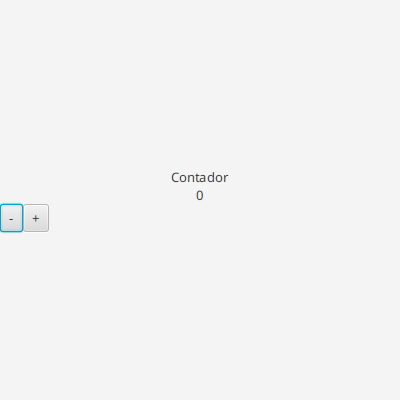
Repository: AlanVidalll/Curso-Java-Completo
Program's window: java exercicios-javafx/src/basico/Contador.java
The author's editor kept a copy of each file at every save. The program's window is drawn from the files as they stood at one save, then again after the next save.
It runs on Java 21 on a 1366 x 768 screen with JavaFX 11; the title bar is not drawn.

Above is the program's window before, as saved 2020-04-09 14:28:37.

### exercicios-javafx/src/basico/Contador.java
package basico;

import javafx.application.Application;
import javafx.geometry.Pos;
import javafx.scene.Scene;
import javafx.scene.control.Button;
import javafx.scene.control.Label;
import javafx.scene.layout.HBox;
import javafx.scene.layout.VBox;
import javafx.stage.Stage;

public class Contador extends Application {

	@Override
	public void start(Stage primaryStage) throws Exception {

		Label labelTitulo = new Label("Contador");
		Label labelNumero = new Label("0");

		Button botaoDescremento = new Button("-");
		Button botaoIncremento = new Button("+");

		HBox boxBotoes = new HBox();
		boxBotoes.getChildren().add(botaoDescremento);
		boxBotoes.getChildren().add(botaoIncremento);



		VBox boxPrincipal = new VBox();
		boxPrincipal.setAlignment(Pos.CENTER);
		boxPrincipal.getChildren().add(labelTitulo);
		boxPrincipal.getChildren().add(labelNumero);
		boxPrincipal.getChildren().add(boxBotoes);


		Scene cenaPrincipal = new Scene(boxPrincipal,400,400);

		primaryStage.setScene(cenaPrincipal);
		primaryStage.show();
	}

	public static void main(String[] args) {

		launch(args);

	}

}

After the next save:
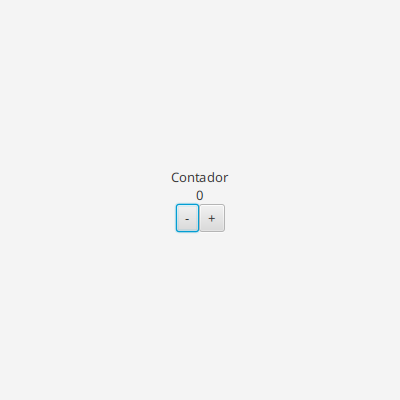
Saved 99 s later.
--- a/exercicios-javafx/src/basico/Contador.java
+++ b/exercicios-javafx/src/basico/Contador.java
@@ -21,6 +21,7 @@
 		Button botaoIncremento = new Button("+");
 
 		HBox boxBotoes = new HBox();
+		boxBotoes.setAlignment(Pos.CENTER);
 		boxBotoes.getChildren().add(botaoDescremento);
 		boxBotoes.getChildren().add(botaoIncremento);
 
